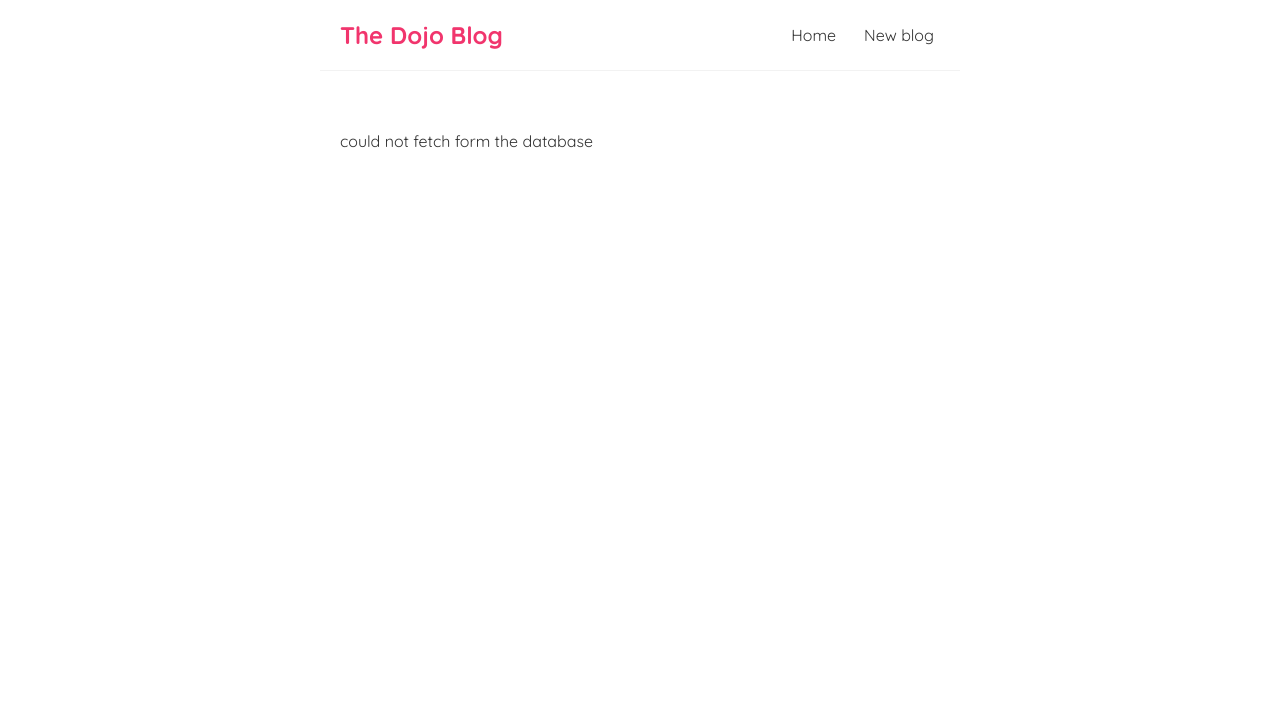
Repository: Samkiroko/full-reacr-ninja
Page: /blogs/1
The author's editor kept a copy of each file at every save. The page is drawn from the files as they stood at one save, then again after the next save.
The browser window is 1280 px wide. The pictures show the whole page.
The page's requests for data from a server got no answer. The project was rebuilt for these pictures with package versions that can differ from the ones it lists, and the page was loaded fresh each time. No one was signed in, and anything a server would have sent is missing. Requests to the local data server were answered from the project's data file. Also part of the build but not shown: src/BlogList.js, src/Home.js, src/Create.js.

Above is the page before, as saved 2021-07-23 16:32:26.

After the next save:
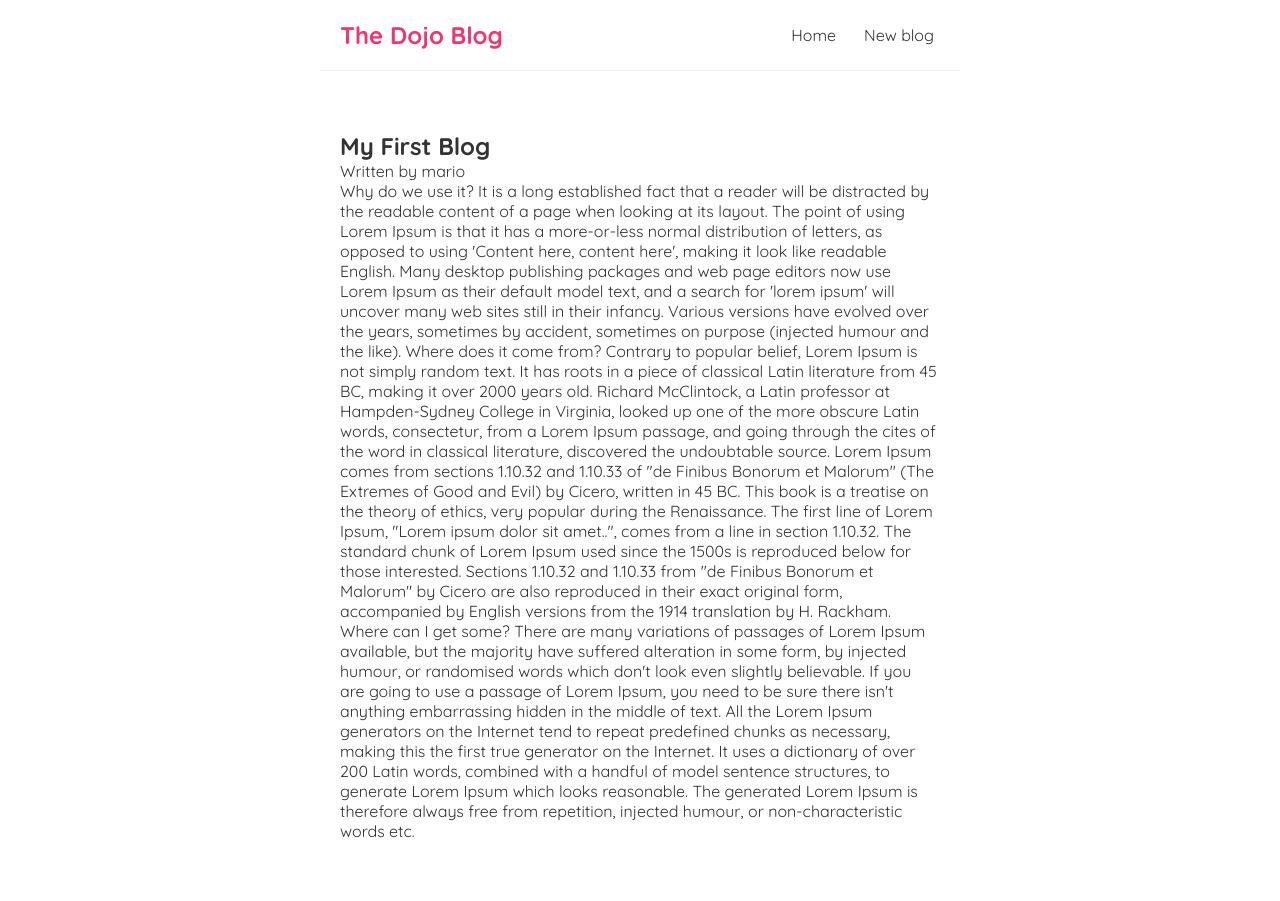
Saved 100 s later.
--- a/src/BlogDetails.js
+++ b/src/BlogDetails.js
@@ -3,11 +3,11 @@ import useFetch from './useFetch'
 
 const BlogDetails = () => {
   const { id } = useParams()
-  const { data: blog, error, loading } = useFetch(' http://localhost:8000/blogs' + id)
+  const { data: blog, error, isPending } = useFetch('http://localhost:8000/blogs/' + id)
 
   return (
     <div className='blog-details'>
-      {loading && <div>Loading...</div>}
+      {isPending && <div>Loading...</div>}
       {error && <div>{error}</div>}
       {blog && (
         <article>
